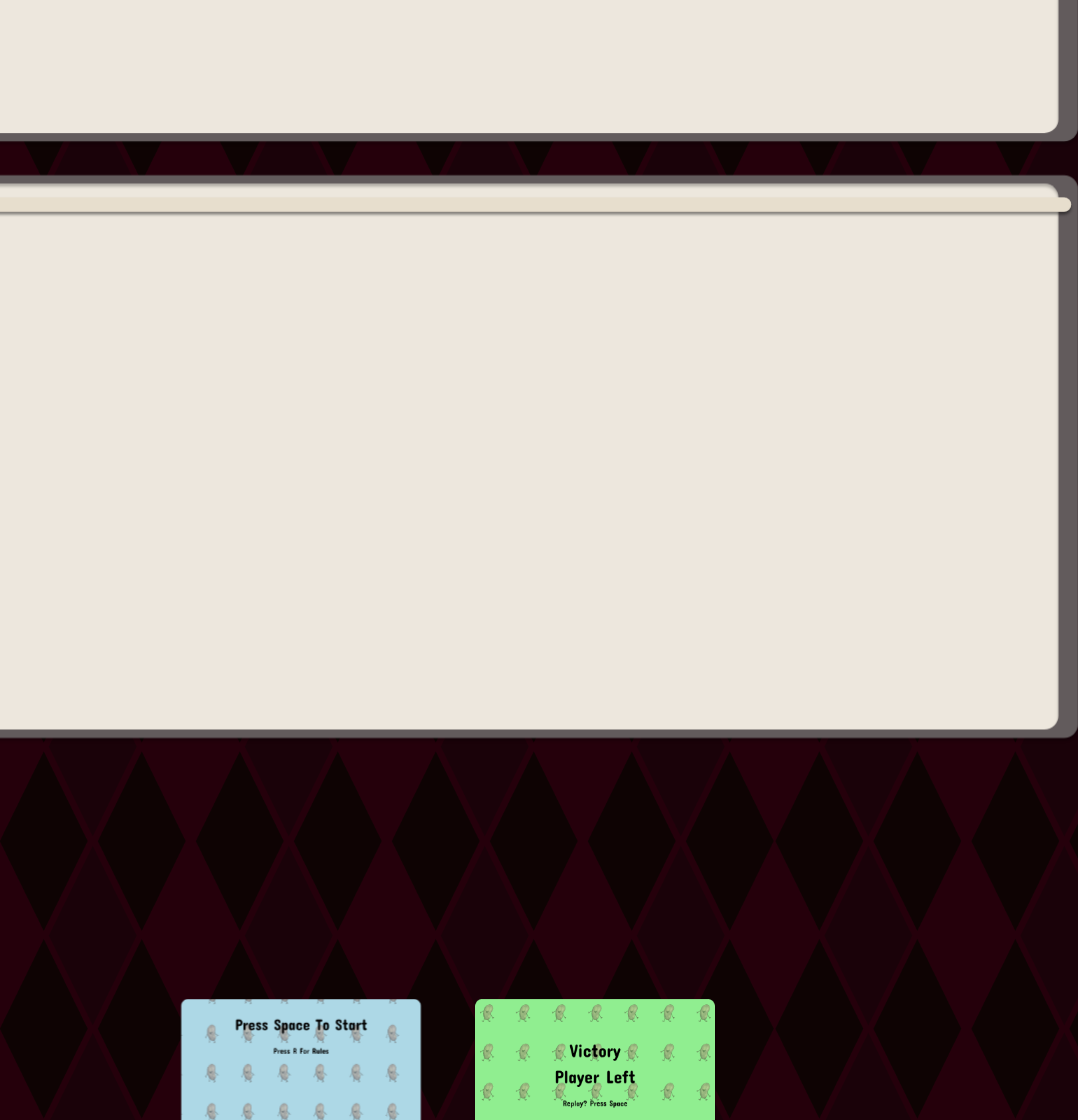
Repository: EMP-ChristinaC/Portfolio
Page: projects/potato-shuffle/potato.html
The author's editor kept a copy of each file at every save. The page is drawn from the files as they stood at one save, then again after the next save.
The browser window is 1280 px wide. The page is 1540 px wide, so the pictures cover 1540 px, including what lies to the right of the window. The pictures show the part of the page from y = 1597 to 3197 px (the page is 6234 px tall before and 6194 px after), at 70% of full size.
Some web fonts or font styles are not loaded; a fallback is used.

Above is the page before, as saved 2024-12-08 19:50:47.

### projects/potato-shuffle/potato.html
<!DOCTYPE html>
<html lang="en">

<head>
    <meta charset="UTF-8">
    <meta name="viewport" content="width=device-width, initial-scale=1.0">
    <title>CC- Project Potato Shuffle</title>
    <!--- ////////////////// OUTSIDE STYLES //////////////////-->


    <!--- ///////////////// GOOGLE FONTS  ////////////////////-->
    <link rel="preconnect" href="https://fonts.googleapis.com">
    <link rel="preconnect" href="https://fonts.gstatic.com" crossorigin>
    <link
        href="https://fonts.googleapis.com/css2?family=Overlock:ital,wght@0,400;0,700;0,900;1,400;1,700;1,900&family=Vast+Shadow&display=swap"
        rel="stylesheet">

    <!--- /////////////// MY STYLES ////////////////-->

    <link rel="stylesheet" href="potato.css">
    <link rel="stylesheet" href="../../nav.css">
    <link rel="stylesheet" href="media-style-phone-potato.css">
    <link rel="stylesheet" href="../../media-style-two.css">
    <link rel="stylesheet" href="media-style-mac-potato.css">

    <!--- //////////////// FAVICON LINKS ///////////////////-->
    <link rel="shortcut icon" href="../../image/logo.png" type="image/x-icon">
    <link rel="icon" href="../../image/logo.png" type="image/x-icon">

</head>

<body class="home-potato">

    <!--- /////////////////////// NAVIGATION /////////////////////-->
    <header class="navigation">
        <img class="nav-background" src="../../image/nav-background.png"
            alt="A decor for the nav, it holds a logo with diamond patterns in the background.">


        <a href="../../index.html " class="nav-home">Stage</a>
        <a href="../../about-page/about.html" class="nav-about">Director</a>
        <a href="../../contact-page/contact.html" class="nav-contact">Contact</a>
        <a href="../../main-project-page/projects.html" class="nav-projects current">Projects</a>
    </header>


    <!--- /////////////////////// ARROW BUTTON /////////////////////-->
    <a href="../../projects/sniffle/sniffle.html"><img src="../../image/left-arrow.png" class="side-button-left" alt="A."></a>


    <a href="../../projects/smash-n-dash/smash.html"><img src="../../image/right-arrow.png" class="side-button-right" alt="A."></a>



    <!--- /////////////////////// BOX OUTLINE ///////////////////////-->
    <div class="box-outline-outside-potato-overview">
        <div class="box-outline-inside-potato-overview"></div>

        <!-- <div class="dia-left-potato">
            <img src="../../image/Dia-bottom-left.png"
                alt="A diamond pattern decor that is placed onto the bottom left of the box outline">
        </div>

        <div class="dia-right-potato">
            <img src="../../image/Dia-top-right.png"
                alt="A diamond pattern decor that is placed onto the bottom left of the box outline">
        </div> -->


    <div class="box-outline-paragraph-potato">
        <div class="details-potato">
            <h2>About:</h2>
            <p>
                A digital coding game inspired by Hot Potato and WarioWare. It takes elements from both games and with
                the help of Makey-Makey, it creates a fun interactive game.
                <!-- <br><br>
                Here are some images of the game. -->
            </p>
        </div>
    </div>


    <div class="box-outline-type-potato">
        <div class="type-potato">
            <p> Project Type:
                <br>
                Interactive Game
                <br><br>
                Date:
                <br>
                December 2023
                <br><br>
                Link:
                <br>
                <a href="https://emp-christinac.github.io/Potato-Shuffle/index.html">Github</a>
                <br><br>
                Role:
                <br>
                Lead Coder
            </p>
        </div>

<!-- <div class="type-two">
    <p>
        Link:
        <br>
        <a href="https://emp-christinac.github.io/Potato-Shuffle/index.html">Github</a>
        <br><br>
        Role:
        <br>
        Lead Coder
    </p>
</div> -->


        <!-- <div class="type-potato-phone">
            <p> Project Type:
                <br>
                Digital Game
                <br><br>
                Date:
                <br>
                December 2023
            </p>
        </div> -->

        <!-- <div class="type-potato-phone-two">
            <p>
                Link:
                <br>
                <a href="https://empxnifl.github.io/Potato-Shuffle/index.html">Github</a>
                <br><br>
                Role:
                <br>
                Lead Coder
            </p>
        </div> -->
    </div>

    <div class="box-outline-credit">
        <div class="credit">
            <p>Credit to:
                <br>
                Roman Lopez [Lead Designer]
                <br>
                Dominic Perron [Lead Interaction]
            </p>
        </div>

        <div class="mc-overview">
            <img src="../../image/Main-Screen.png" alt="A overview of the project Potato Shuffle.">
        </div>

    </div>




    <div class="box-outline-heading-potato">
        <div class="potato-title">
            <h1>Potato Shuffle</h1>
        </div>
    </div>
</div>
    <!--- ////////////////////////-->
    <div class="box-outline-outside-potato-play">
        <div class="box-outline-inside-potato-play"></div>

        <div>
            <div class="play">
                <p>
                </p>
            </div>

    </div>


    <!--- ////////////////////////-->

    <div class="box-outline-outside-potato-progress">
        <div class="box-outline-inside-potato-progress"></div>

        <!-- <div class="dia-left-two-potato">
            <img src="../../image/Dia-bottom-left.png"
                alt="A diamond pattern decor that is placed onto the bottom left of the box outline">
        </div>

        <div class="dia-right-two-potato">
            <img src="../../image/Dia-top-right.png"
                alt="A diamond pattern decor that is placed onto the bottom left of the box outline">
        </div> -->

        <div class="box-outline-heading-two-potato">
            <div class="heading-two">
                <h1>Menu Design</h1>
            </div>
        </div>
        <div class="box-outline-heading-three-potato">
            <div class="heading-three">
                <h1>Sprites</h1>
            </div>
        </div>

        <div class="potato-menu-one">
            <img src="../../image/Home.png" alt="The home screen of the project.">
        </div>


        <div class="potato-menu-two">
            <img src="../../image/Victory.png" alt="The victory screen of the project.">
        </div>

        <!--- ////////////////////////-->

        <div class="potato-sprites">
            <img src="../../image/potato_sway.gif" alt="A potato gif that shows the potato swaying left and right.">
        </div>


        <div class="potato-sprites-two">
            <img src="../../image/Fail.gif" alt="A explosion gif that says boom.">
        </div>

        <div class="potato-sprites-three">
            <img src="../../image/potato_flip.gif" alt="A potato gif that shows the potato fliping.">
        </div>



    </div>


    <!--- ////////////////////////-->

    <div class="box-outline-outside-potato">
        <div class="box-outline-inside-potato"></div>
        <!-- <div class="dia-left-three-potato">
            <img src="../../image/Dia-bottom-left.png"
                alt="A diamond pattern decor that is placed onto the bottom left of the box outline">
        </div>

        <div class="dia-right-three-potato">
            <img src="../../image/Dia-top-right.png"
                alt="A diamond pattern decor that is placed onto the bottom left of the box outline">
        </div> -->


        <div class="box-outline-heading-four-potato">
            <div class="heading-four-potato">
                <h1>Mini-Game Design</h1>
            </div>

            <div class="potato-event-one">
                <img src="../../image/Event-1.png" alt="One of five mini-game from the project. It shows a character running.">
            </div>

            <div class="potato-event-two">
                <img src="../../image/Event-2.png"
                    alt="One of five mini-game from the project. It shows a character shooting at a muffen.">
            </div>


            <div class="potato-event-three">
                <img src="../../image/Event-3.png"
                    alt="One of five mini-game from the project. It shows a potato dropping into a basket.">
            </div>

            <div class="potato-event-four">
                <img src="../../image/Event-4.png"
                    alt="One of five mini-game from the project. It shows a character digging up a potato.">
            </div>


            <div class="potato-event-five">
                <img src="../../image/Event-5.png" alt="One of five mini-game from the project. It shows a potato being peeled.">
            </div>

        </div>

    </div>

    <!--- ////////////////////////-->

    <div class="box-outline-outside-foot">
        <div class="box-outline-inside-foot"></div>

            <footer class="section">
                <p>© 2024 by Christina Chan. Powered and secured by Github</p>

                <div>
                    <a class="github" href="https://github.com/EMP-ChristinaC"> <img src="../../image/Github-icon.png"
                            alt="Github icon image."></a>

                    <a class="twitter" href="https://x.com/EMP_Nifl"> <img src="../../image/Twitter-Icon.png"
                            alt="Twitter icon image."></a>

                    <a class="discord" href="https://discordapp.com/users/456539039286165514"> <img src="../../image/discord-icon.webp"
                            alt="Discord icon image."></a>

                    <a class="linkedin" href="https://www.linkedin.com/in/christina-chan-290a29323/"> <img src="../../image/Linkedin-icon.webp"
                            alt="Linkedin icon image."></a>
                </div>

            </footer>
    </div>
    <!--- /////////////////////// DECOR  ///////////////////////-->


    <!-- <div class="left-curtain">
        <img src="../../image/curtains-left.png" alt="A curtain decor that is placed on the left side of the website.">
    </div>

    <div class="right-curtain">
        <img src="../../image/curtain-right.png" alt="A curtain decor that is placed on the right side of the website.">
    </div> -->

    <!--- /////////////////////// TEXT ///////////////////////-->


    <!--- /////////////////////// IMAGES ///////////////////////-->


    <!--- ////////////////////////-->




    <!--- ////////////////////////-->



</body>

</html>

### projects/potato-shuffle/potato.css

/*///////////////////////////////// Box Outline ////////////////////////////*/
.box-outline-outside-potato-overview,
.box-outline-outside-potato-progress,
.box-outline-outside-potato-play {
    width: 1800px;
    height: 804px;
    background: rgba(98, 91, 92);
    box-shadow: 0px 4px 4px rgba(0, 0, 0, 0.25);
    border-radius: 20px;
}

.box-outline-outside-potato-overview {
    position: absolute;
    top: 50%;
    left: 50%;
    transform: translate(-50%, -27%);
}

.box-outline-outside-potato-play {
    position: absolute;
    top: 50%;
    left: 50%;
    transform: translate(-50%, 79%);
}

.box-outline-outside-potato-progress {
    position: absolute;
    top: 50%;
    left: 50%;
    transform: translate(-50%, 56%);
}

/*//////////////////////////////////*/


.box-outline-outside-potato {
    width: 1800px;
    height: 990px;
    background: rgba(98, 91, 92);
    box-shadow: 0px 4px 4px rgba(0, 0, 0, 0.25);
    border-radius: 20px;
}

.box-outline-outside-potato {
    position: absolute;
    top: 50%;
    left: 50%;
    transform: translate(-50%, 2340px);
}



/*//////////////////////////////////////////////////////////////////////////////*/

.box-outline-inside-potato-overview,
.box-outline-inside-potato-progress,
.box-outline-inside-potato-play {
    width: 1745px;
    height: 780px;
    background: #EDE7DD;
    box-shadow: 0px 4px 4px rgba(0, 0, 0, 0.25) inset;
    border-radius: 20px;
}

.box-outline-inside-potato-play {
    position: absolute;
    top: 1.5%;
    left: 1.5%;
}

.box-outline-inside-potato-overview {
    position: absolute;
    top: 1.5%;
    left: 1.5%;
    /* transform: translate(-50%, -26.3%); */
}


.box-outline-inside-potato-progress {
    position: absolute;
    top: 1.5%;
    left: 1.5%;
    /* transform: translate(-50%, 84%); */
}


.box-outline-inside-potato {
    width: 1745px;
    height: 960px;
    background: #EDE7DD;
    box-shadow: 0px 4px 4px rgba(0, 0, 0, 0.25) inset;
    border-radius: 20px;
}

.box-outline-inside-potato {
    position: absolute;
    top: 1.5%;
    left: 1.5%;
    /* transform: translate(-50%, 1506px); */
}



/*///////////////////////////HEADING BOX////////////////////////////*/



.box-outline-heading-potato {
    width: 1700px;
    height: 20px;
    background: #E7DECD;
    box-shadow: 0px 4px 4px rgba(0, 0, 0, 0.25);
    border-radius: 20px;
    z-index: 1;
}

.box-outline-heading-potato {
    position: absolute;
    top: 28%;
    left: 50%;
    transform: translate(-50%, -920%);
}



.box-outline-heading-two-potato,
.box-outline-heading-three-potato,
.box-outline-heading-four-potato {
    width: 1700px;
    height: 20px;
    background: #E7DECD;
    box-shadow: 0px 4px 4px rgba(0, 0, 0, 0.25);
    border-radius: 20px;
    z-index: 1;
    position: absolute;

}

.box-outline-heading-two-potato {
    /* transform: translate(-50%, 1270%); */
    top: 4%;
    left: 5%;
}

.box-outline-heading-three-potato {
    /* transform: translate(-50%, 1900%); */
    top: 4%;
    left: 5%;
}

.box-outline-heading-four-potato {
    /* transform: translate(-50%, 2800%); */
    top: 4%;
    left: 5%;
}

.box-outline-heading-five-potato {
    /* transform: translate(-50%, 3450%); */

}

/*/////////////////////////////////////*/

.box-outline-paragraph-potato,
.box-outline-type-potato,
.box-outline-credit {
    /* background: #E7DECD;
    box-shadow: 0px 4px 4px rgba(0, 0, 0, 0.25);
    border-radius: 20px; */
    position: absolute;
    top: 50%;
    left: 30%;
}


.box-outline-paragraph-potato {
    width: 375px;
    height: 330px;
    transform: translate(-116%, -10%);
    z-index: 1;
}


.box-outline-type-potato {
    width: 375px;
    height: 200px;
    transform: translate(-116%, 90%);
    z-index: 1;
}

.box-outline-credit {
    width: 375px;
    height: 60px;
    transform: translate(-30%, 350%);
    z-index: 1;
}



/*/////////////////////////////////////*/

.box-outline-outside-foot {
    width: 100%;
    height: 200px;
    background: rgba(98, 91, 92);
    box-shadow: 0px 4px 4px rgba(0, 0, 0, 0.25);
    border-radius: 20px 20px 0 0;
    position: absolute;
    top: 50%;
    left: 50%;
    transform: translate(-50%, 1690%);
}

/*/////////////////////////////////////*/

.box-outline-inside-foot {
    width: 99%;
    height: 185px;
    position: absolute;
    background: #EDE7DD;
    box-shadow: 0px 4px 4px rgba(0, 0, 0, 0.25) inset;
    border-radius: 20px 20px 0 0;
    position: absolute;
    /* transform: translate(-50%, 1359%); */
    top: 8%;
    left: 0.5%;
}



/*///////////////////////////////// Decor ////////////////////////////*/

.dia-left-potato img {
    position: absolute;
    top: 27%;
    left: 50%;
    transform: translate(-384%, 205%);
}

.dia-right-potato img {
    position: absolute;
    top: 27%;
    right: 50%;
    transform: translate(385%, -107%);
}

/*//////////////////////////////////////////////////////////////////////*/

.dia-left-two-potato img {
    position: absolute;
    top: -80%;
    left: 50%;
    transform: translate(-384%, 656%);
}

.dia-right-two-potato img {
    position: absolute;
    top: -80%;
    right: 50%;
    transform: translate(385%, 344%);
}

/*/////////////////////////////////////*/

.dia-left-three-potato img {
    position: absolute;
    top: -186%;
    left: 50%;
    transform: translate(-384%, 1378%);
}

.dia-right-three-potato img {
    position: absolute;
    top: -186%;
    right: 50%;
    transform: translate(385%, 972%);
}

/*/////////////////////////////////////*/

.left-curtain {
    position: fixed;
    top: 0%;
    left: 11%;
    transform: translate(-100%);
}

.right-curtain {
    position: fixed;
    top: 0%;
    right: 11%;
    transform: translate(100%);
}

/*///////////////////////////////// Heading Text ////////////////////////////*/

.potato-title {
    width: 827px;
    text-align: center;
    color: #FABA84;
    font-size: 25px;
    font-family: Vast Shadow;
    font-weight: 400;
    -webkit-text-stroke: 0.1px #4C0B13;
    z-index: 1;
}

.potato-title {
    position: absolute;
    top: -20%;
    left: -9%;
    /* transform: translate(-50%, -320%); */
}


.heading-two,
.heading-three,
.heading-four-potato {
    width: 827px;
    text-align: center;
    color: #FABA84;
    font-family: Vast Shadow;
    font-weight: 400;
    -webkit-text-stroke: 0.1px #4C0B13;
    z-index: 1;
    position: absolute;
    top: -20%;
    left: -30%;
    font-size: 15px;
}



/*///////////////////////////////// Paragraph Text ////////////////////////////*/

.details-potato p,
.details-potato h2,
.type-potato p,
.type-two p,
.credit p {
    color: #1E1E1E;
    font-family: Overlock;
    font-weight: 900;

}
.details-potato h2 {
    width: 600px;
    font-size: 35px;
    line-height: 32px;
    letter-spacing: 2px;
    position: absolute;
    top: -70%;
    left: 5%;
    z-index: 1;
}

.details-potato p {
    width: 600px;
    font-size: 25px;
    line-height: 32px;
    letter-spacing: 2px;
    position: absolute;
    top: -55%;
    left: 5%;
    z-index: 1;
    /* transform: translate(-90%, -28%); */

}

.type-potato p {
    width: 440px;
    font-size: 25px;
    line-height: 28px;
    letter-spacing: 2px;
    position: absolute;
    top: -100%;
    left: 5%;
    /* transform: translate(-95%, 105%); */
    z-index: 1;

}

.type-two p {
    width: 440px;
    font-size: 25px;
    line-height: 28px;
    letter-spacing: 2px;
    position: absolute;
    top: 0%;
    left: 64%;
    /* transform: translate(-42%, 420%); */
    z-index: 1;
}

.credit p {
    width: 440px;
    font-size: 25px;
    line-height: 32px;
    letter-spacing: 2px;
    position: absolute;
    top: -385%;
    left: 5%;
    /* transform: translate(-42%, 420%); */
    z-index: 1;
}





/*/////////////////////////////////////*/

footer.section {
    text-align: center;
    color: black;
    font-size: 14px;
    font-family: Overlock;
    font-weight: 400;

    width: 500px;
    position: absolute;
    top: 50%;
    left: 50%;
    transform: translate(-53%, 80%);

}

footer.section p {
    width: 100%;
    height: 100%;
    transform: translate(1%, 35%);
}


/*///////////////////////////////// Images ////////////////////////////*/


.mc-overview {
    width: 775px;
    height: 675px;
    position: absolute;
    top: -750%;
    left: 155%;
    overflow: hidden;
    box-shadow: 0px 4px 4px rgba(0, 0, 0, 0.25);
    border-radius: 30px;
    transform: translate(-8%, -11%);
    }



.mc-overview img {
    width: 100%;
    height: 105%;
    object-fit: cover;
    transform: translate(-0%, 0%);

    transition: all 0.3s ease-in-out;
}


.potato {
    width: 258px;
    height: 547px;
    box-shadow: 0px 4px 4px rgba(0, 0, 0, 0.25);
    border-radius: 20px;
    background-position: center;

    position: absolute;
    top: 50%;
    left: 50%;
    transform: translate(70%, 302%);
}

.potato-projects {
    width: 258px;
    height: 547px;
    box-shadow: 0px 4px 4px rgba(0, 0, 0, 0.25);
    border-radius: 20px;
    background-position: center;

    position: absolute;
    top: 50%;
    left: 50%;
    transform: translate(70%, -5%);
}

.potato-menu-one img {
    width: 350px;
    height: 250px;
    position: absolute;
    top: 50%;
    left: 50%;
    transform: translate(-110%, 310%);
}

.potato-menu-two img {
    width: 350px;
    height: 250px;
    position: absolute;
    top: 50%;
    left: 50%;
    transform: translate(10%, 310%);
}


.potato-sprites img {
    width: 300px;
    height: 300px;
    position: absolute;
    top: 50%;
    left: 50%;
    transform: translate(-150%, 370%);
}

.potato-sprites-two img {
    width: 300px;
    height: 300px;
    position: absolute;
    top: 50%;
    left: 50%;
    transform: translate(-50%, 370%);
}

.potato-sprites-three img {
    width: 300px;
    height: 300px;
    position: absolute;
    top: 50%;
    left: 50%;
    transform: translate(50%, 370%);
}

.potato-event-one img {
    width: 409px;
    height: 266px;
    position: absolute;
    top: 50%;
    left: 50%;
    transform: translate(-105%, 610%);
}

.potato-event-two img {
    width: 409px;
    height: 266px;
    position: absolute;
    top: 50%;
    left: 50%;
    transform: translate(4%, 610%);
}

.potato-event-three img {
    width: 409px;
    height: 266px;
    position: absolute;
    top: 50%;
    left: 50%;
    transform: translate(-105%, 715%);
}

.potato-event-four img {
    width: 409px;
    height: 266px;
    position: absolute;
    top: 50%;
    left: 50%;
    transform: translate(4%, 715%);
}

.potato-event-five img {
    width: 409px;
    height: 266px;
    position: absolute;
    top: 50%;
    left: 50%;
    transform: translate(-105%, 820%);
}

/*/////////////////////////////////////*/
.github {
    width: 45px;
    height: 45px;
    position: absolute;
    top: 50%;
    left: 50%;
    overflow: hidden;
    box-shadow: 0px 4px 4px rgba(0, 0, 0, 0.25);
    border-radius: 30px;
    transform: translate(-250%, -180%);
}

.github img {
    width: 100%;
    height: 100%;
    object-fit: cover;
    transition: all 0.3s ease-in-out;
    transform: translate(0%, 0%);
}

.twitter {
    width: 45px;
    height: 45px;
    position: absolute;
    top: 50%;
    left: 50%;
    overflow: hidden;
    box-shadow: 0px 4px 4px rgba(0, 0, 0, 0.25);
    border-radius: 30px;
    transform: translate(-100%, -180%);
}

.twitter img {
    width: 100%;
    height: 100%;
    object-fit: cover;
    transition: all 0.3s ease-in-out;
    transform: translate(-0%, -0%);
}


.discord {
    width: 45px;
    height: 45px;
    position: absolute;
    top: 50%;
    left: 50%;
    overflow: hidden;
    box-shadow: 0px 4px 4px rgba(0, 0, 0, 0.25);
    border-radius: 30px;
    transform: translate(50%, -180%);
}

.discord img {
    width: 100%;
    height: 100%;
    object-fit: cover;
    transition: all 0.3s ease-in-out;
    transform: translate(-0%, -0%);
}


.linkedin {
    width: 45px;
    height: 45px;
    position: absolute;
    top: 50%;
    left: 50%;
    overflow: hidden;
    box-shadow: 0px 4px 4px rgba(0, 0, 0, 0.25);
    border-radius: 30px;
    transform: translate(200%, -180%);
}

.linkedin img {
    width: 100%;
    height: 100%;
    object-fit: cover;
    transition: all 0.3s ease-in-out;
    transform: translate(-0%, -0%);
}

Loaded but not shown: projects/potato-shuffle/media-style-phone-potato.css (424 lines, source omitted); nav.css (208 lines, source omitted); projects/potato-shuffle/media-style-mac-potato.css (93 lines, source omitted); media-style-two.css (11 lines, source omitted)

After the next save:
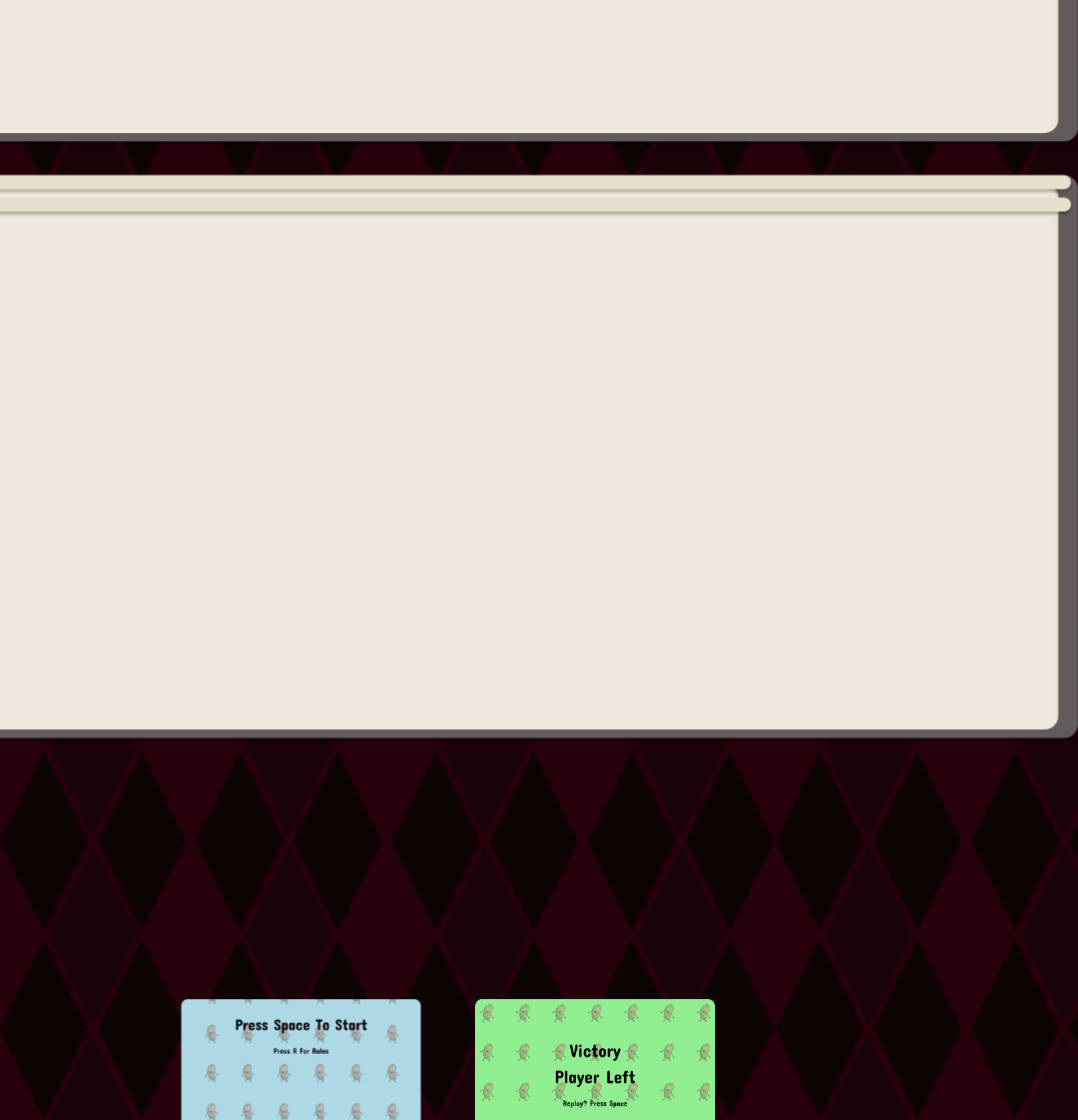
Saved 4 s later.
--- a/projects/potato-shuffle/potato.css
+++ b/projects/potato-shuffle/potato.css
@@ -145,14 +145,13 @@
 
 .box-outline-heading-three-potato {
     /* transform: translate(-50%, 1900%); */
-    top: 4%;
+    top: 10;
     left: 5%;
 }
 
 .box-outline-heading-four-potato {
     /* transform: translate(-50%, 2800%); */
-    top: 4%;
-    left: 5%;
+
 }
 
 .box-outline-heading-five-potato {
